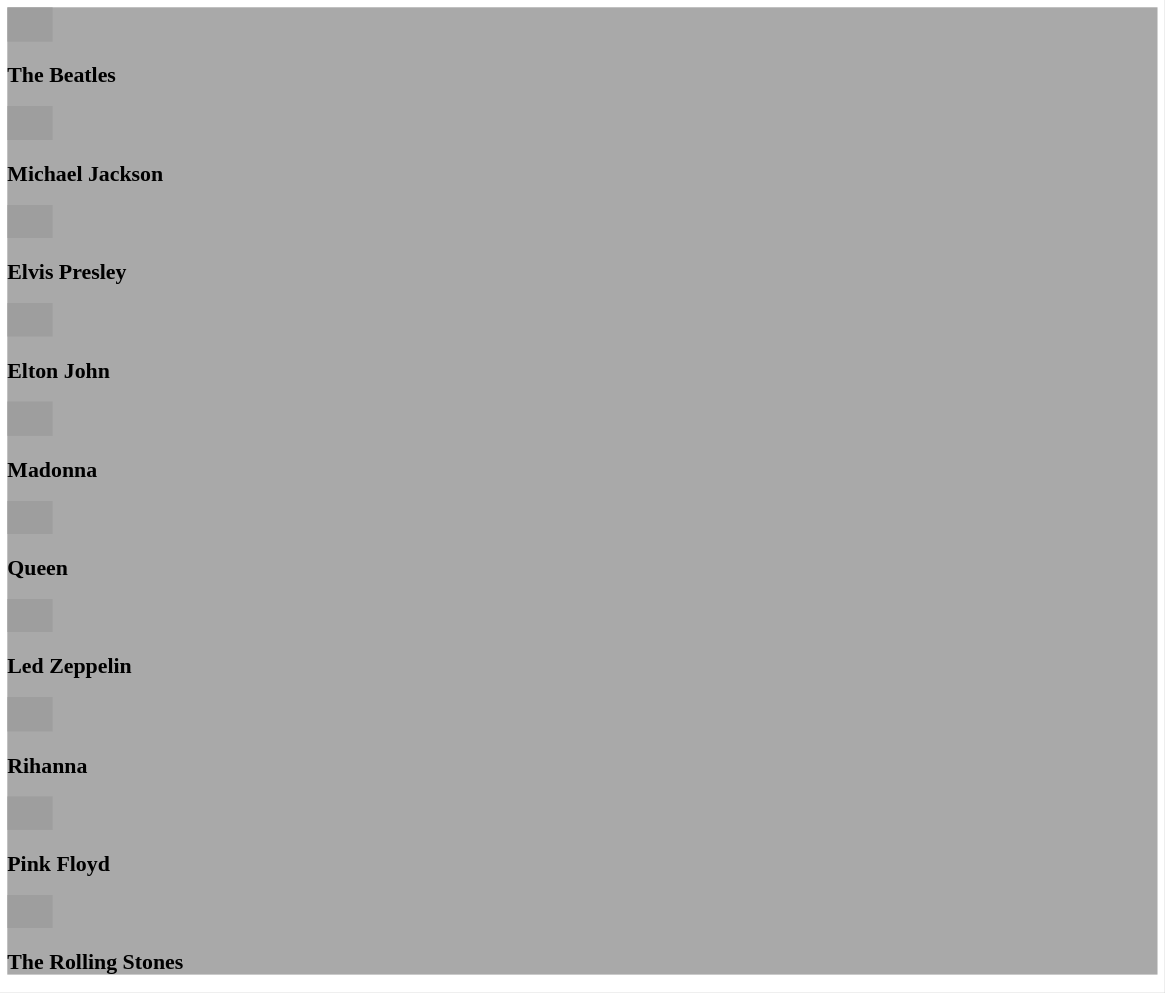
Repository: MelissaJacobi/Frontend-lab-2
Page: /
These files come from the project's save history. The page is drawn as it stood at one moment and after the next save; the edit follows.
The browser window is 1280 px wide. The pictures show the whole page, at 91% of full size.
Pictures or frames that could not be fetched are drawn as grey boxes. The project was rebuilt for these pictures with package versions that can differ from the ones it lists, and the page was loaded fresh each time. Also part of the build but not shown: vite.config.js.

Above is the page before, as saved 2024-09-19 09:11:33.

After the next save:
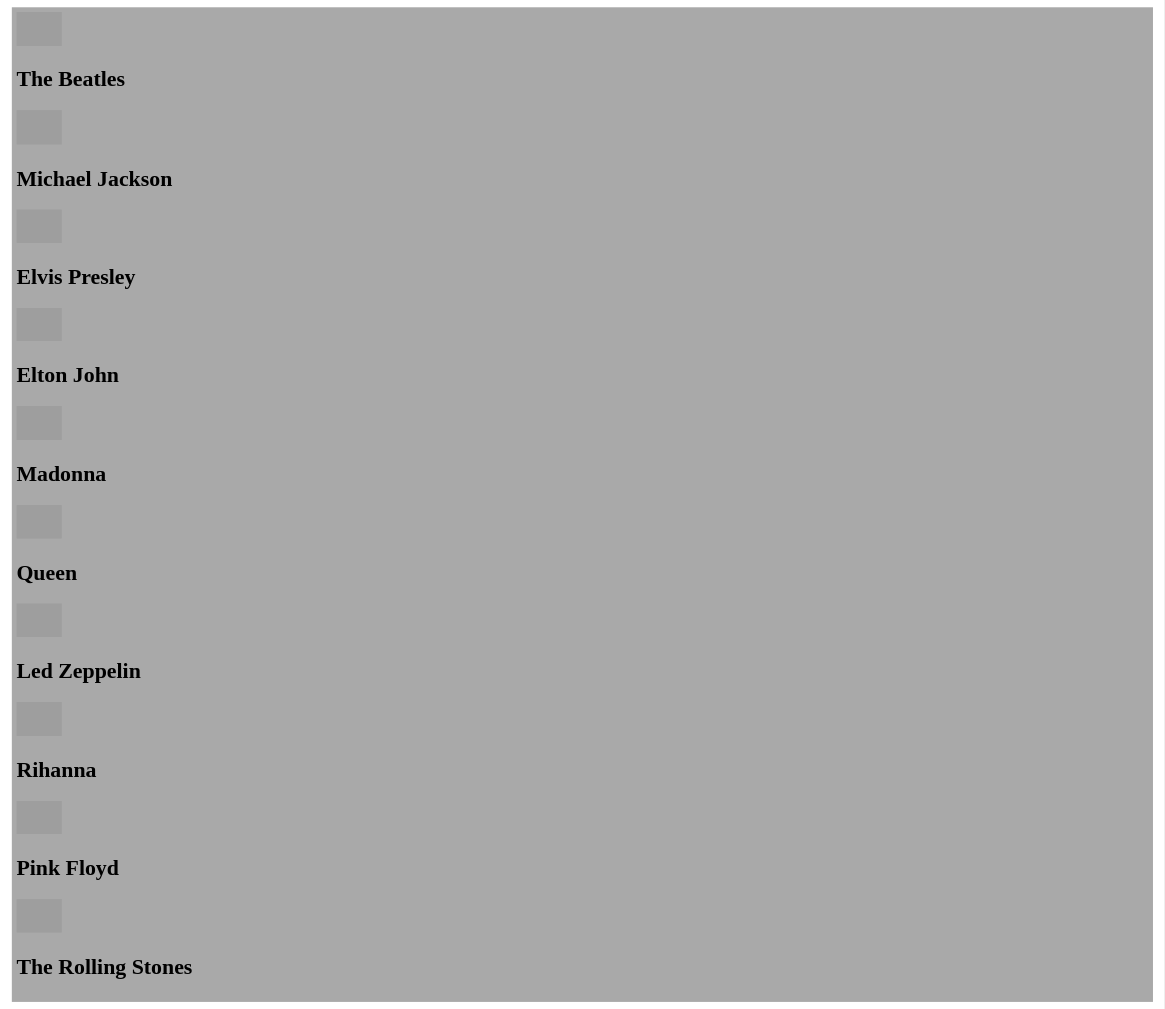
Saved 17 s later.
--- a/src/index.css
+++ b/src/index.css
@@ -8,4 +8,7 @@
 
 .artist_li {
     background-color: rgb(169, 169, 169);
+    margin: 5px;
+    padding: 5px;
+
 }
